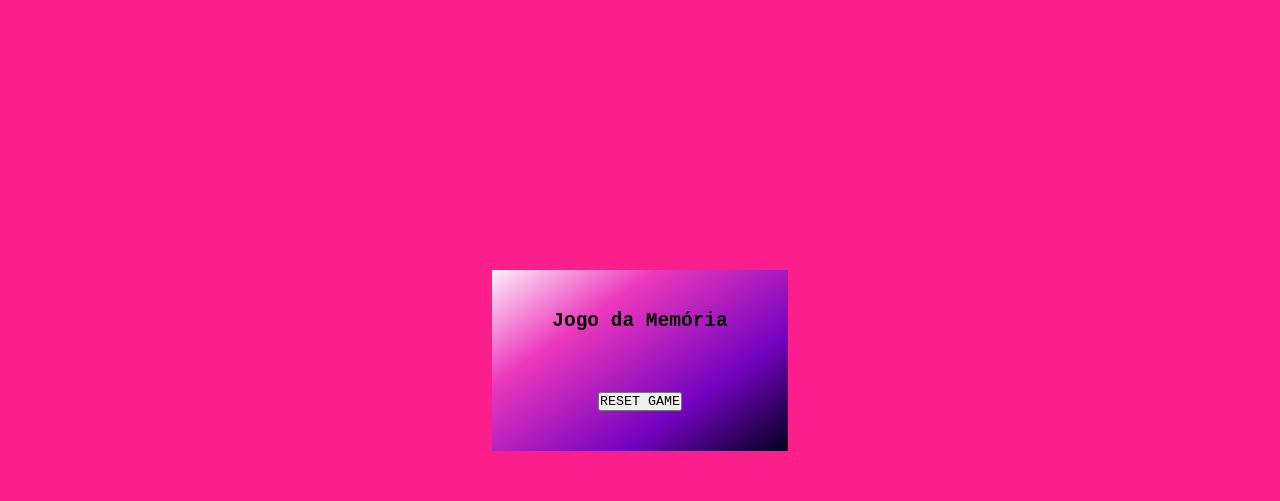
Repository: Zoemateus324/memory-game
Page: index.html
The author's editor kept a copy of each file at every save. The page is drawn from the files as they stood at one save, then again after the next save.
The browser window is 1280 px wide. The pictures show the whole page.

Above is the page before, as saved 2024-11-27 08:16:53.

After the next save:
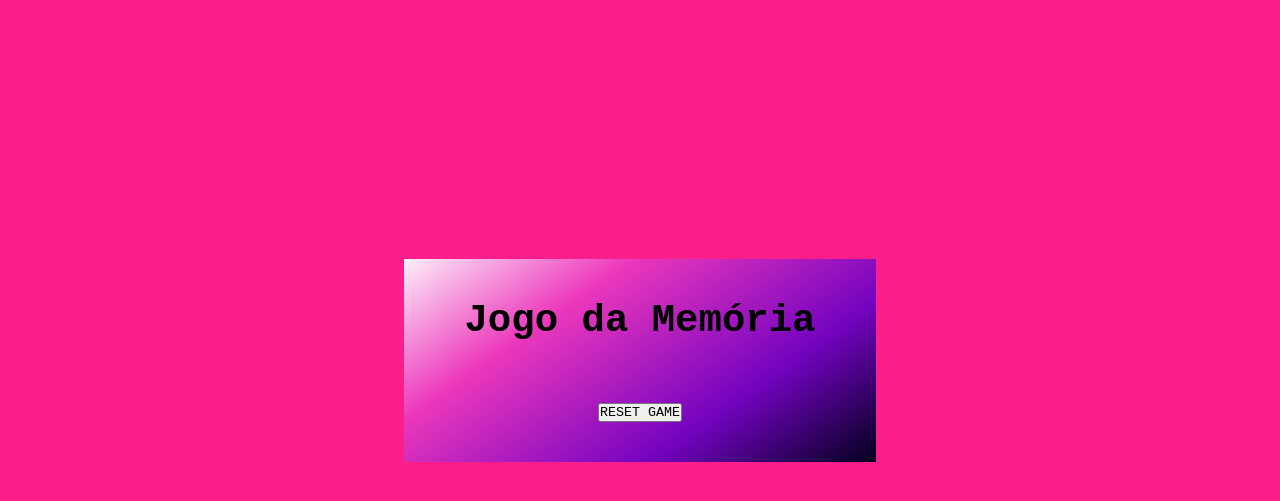
Saved 50 s later.
--- a/src/styles/main.css
+++ b/src/styles/main.css
@@ -23,3 +23,8 @@ body{
     );
     padding:40px 60px;
 }
+
+
+h2{
+    font-size:3em;
+}
